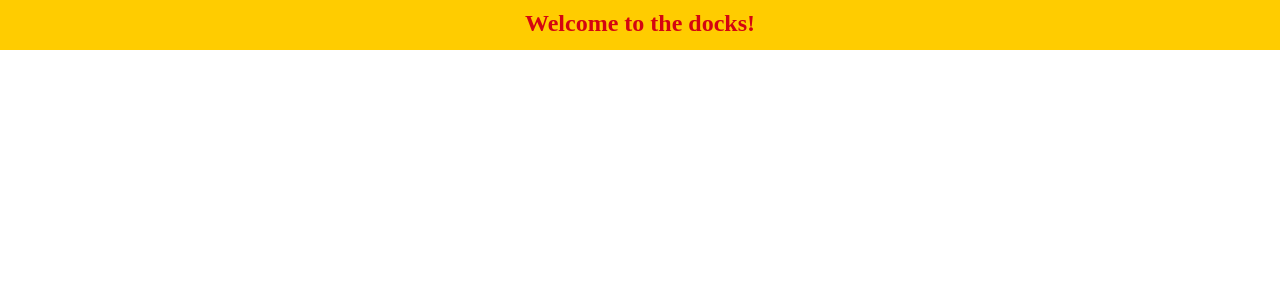
Repository: charliejp0311/java-final-proj
Page: dockWalk-frontend/index.html
The author's editor kept a copy of each file at every save. The page is drawn from the files as they stood at one save, then again after the next save.
The browser window is 1280 px wide. The pictures show the whole page.
The page's requests for data from a server got no answer.

Above is the page before, as saved 2020-08-27 16:14:09.
Console error: ReferenceError: header is not defined

After the next save:
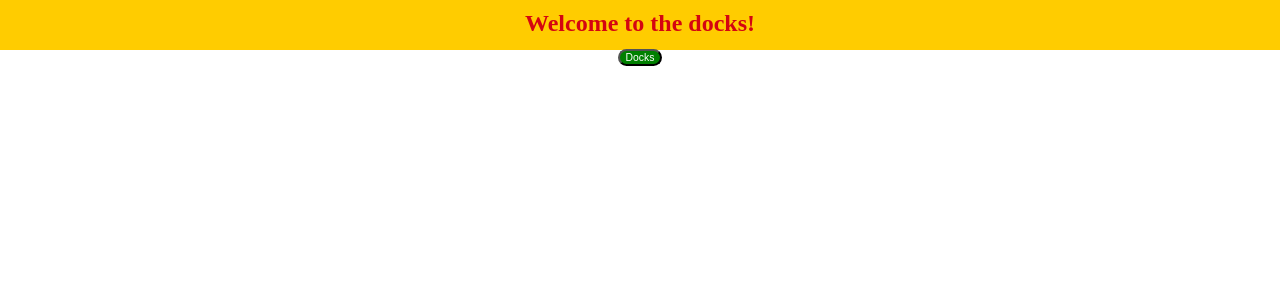
The error is gone.
Saved 42 s later.
--- a/dockWalk-frontend/src/index.js
+++ b/dockWalk-frontend/src/index.js
@@ -1,5 +1,5 @@
 document.addEventListener("DOMContentLoaded", function () {
-    let h = document.getElementsByClassName(header)[0]
+    let h = document.getElementsByTagName('header')[0]
     let button1 = document.createElement('button')
     button1.innerText = "Docks"
     button1.addEventListener('click',fetchDocks())
